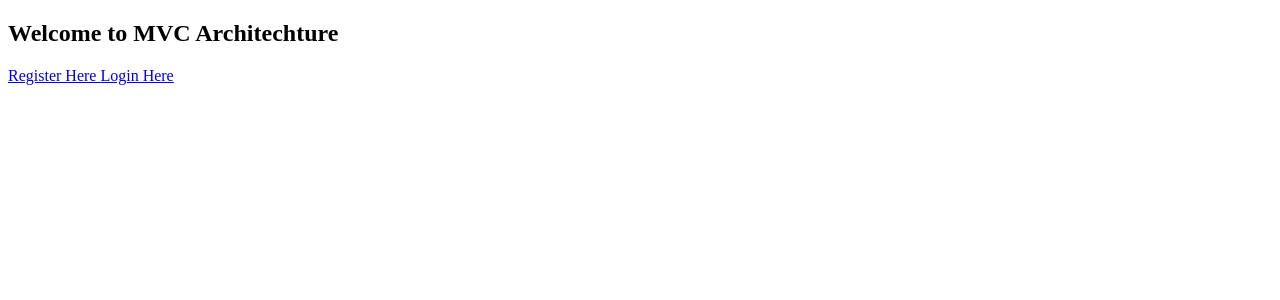
Repository: BHUPENDRA28D/Spring-Framework
Page: MVCDesginPattern/src/main/webapp/index.html
These files come from the project's save history. The page is drawn as it stood at one moment and after the next save; the edit follows.
The browser window is 1280 px wide. The pictures show the whole page.

Above is the page before, as saved 2024-08-26 14:05:24.

### MVCDesginPattern/src/main/webapp/index.html
<!DOCTYPE html>
<html>
<head>
<meta charset="UTF-8">
<title>Home</title>
</head>
<body>
<h2>Welcome to MVC Architechture </h2>

  <a href="Registor.html"> Register Here </a>
  <a href ="login.html"> Login Here </a>

</body>
</html>

After the next save:
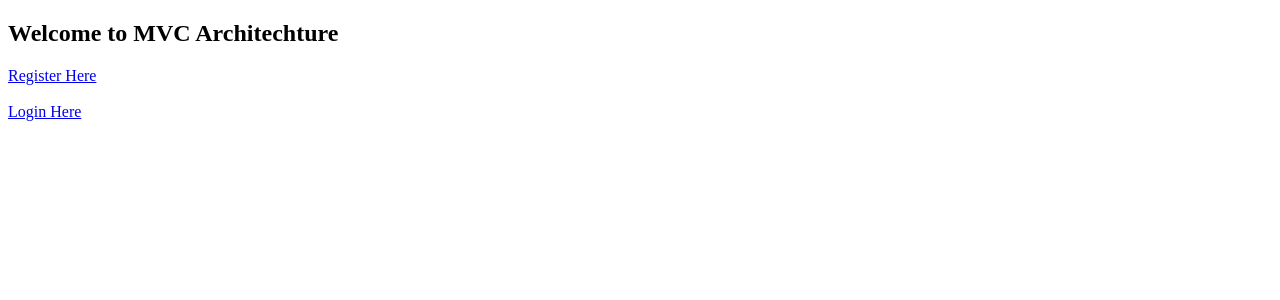
Saved 7 min 36 s later.
--- a/MVCDesginPattern/src/main/webapp/index.html
+++ b/MVCDesginPattern/src/main/webapp/index.html
@@ -7,8 +7,8 @@
 <body>
 <h2>Welcome to MVC Architechture </h2>
 
-  <a href="Registor.html"> Register Here </a>
-  <a href ="login.html"> Login Here </a>
+  <a href="Registor.html"> Register Here </a> <br/> <br/>
+  <a href ="login.html"> Login Here </a> <br/> <br/>
 
 </body>
 </html>
